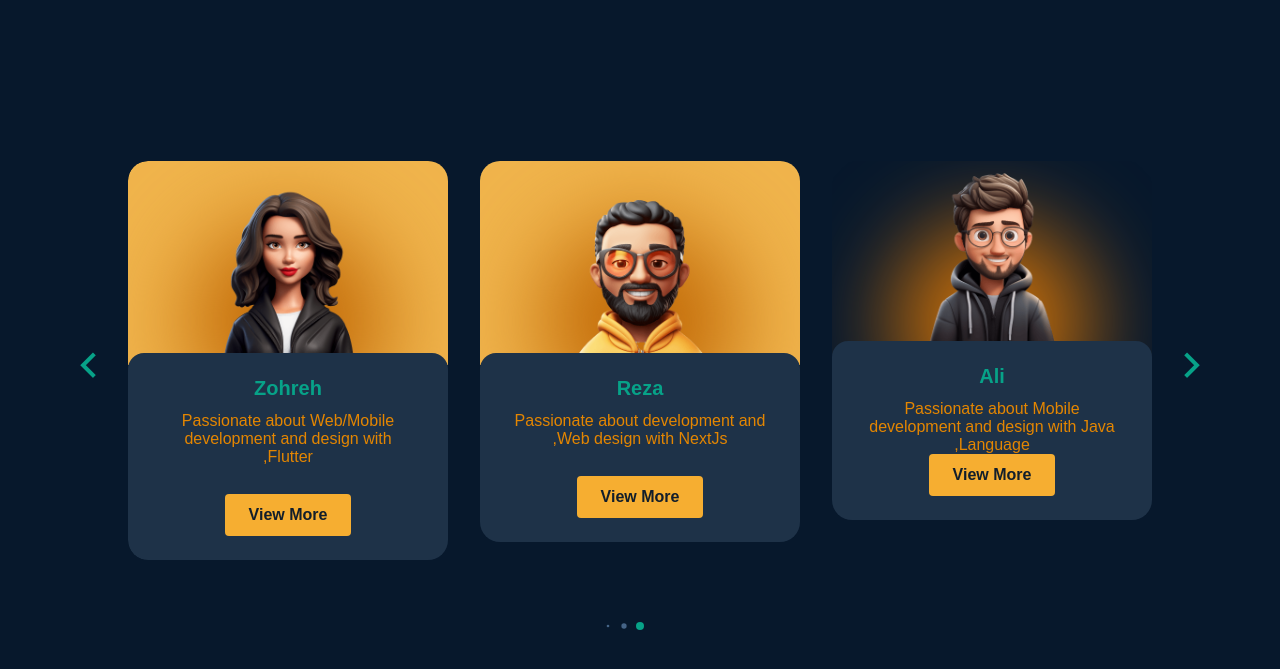
Repository: soroush-g/Card-Slider
Page: index.html
An editor plug-in stored every save of this project. The page is shown before and after a run of saves, followed by the edit.
The browser window is 1280 px wide. The pictures show the whole page.
Some web fonts or font styles are not loaded; a fallback is used.

Above is the page before, as saved 2024-07-22 11:27:49.

### index.html
<!DOCTYPE html>
<html dir="rtl" lang="fa">
<head>
    <meta charset="UTF-8">
    <meta name="viewport" content="width=device-width, initial-scale=1.0">

        <!--=============== REMIXICONS ===============-->
        <link rel="stylesheet" href="https://cdnjs.cloudflare.com/ajax/libs/remixicon/3.5.0/remixicon.css" crossorigin="">

        <!--=============== SWIPER CSS ===============-->
        <link rel="stylesheet" href="assets/css/swiper-bundle.min.css">

        <!--=============== CSS ===============-->
        <link rel="stylesheet" href="assets/css/styles.css">
    <title>Card Slider</title>
</head>
<body>
    <section class="container">
        <div class="card__container swiper">
            <div class="card__content">
                <div class="swiper-wrapper">

                    <article class="card__article swiper-slide">
                        <div class="card_image">
                          <img src="assets/img/avatar-1.png" alt="image" class="card__img">
                          <div class="card__shadow"></div>
                        </div>

                        <div class="card__data">
                            <h3 class="card__name">Ali</h3>
                            <p class="card_description">
                                Passionate about Mobile development and design with Java Language,
                            </p>

                            <a href="#" class="card__button">View More</a>
                        </div>
                    </article>

                    <article class="card__article swiper-slide">
                        <div class="card__image">
                            <img src="assets/img/avatar-2.png" alt="image" class="card__img">
                            <div class="card__shadow"></div>
                        </div>
                        <div class="card__data">
                            <h3 class="card__name">Reza</h3>
                            <p class="card__description">
                               Passionate about development and Web design with NextJs,
                            </p>

                            <a href="#" class="card__button">View More</a>
                         </div>
                    </article>

                    <article class="card__article swiper-slide">
                        <div class="card__image">
                            <img src="assets/img/avatar-3.png" alt="image" class="card__img">
                            <div class="card__shadow"></div>
                        </div>
                        <div class="card__data">
                            <h3 class="card__name">Zohreh</h3>
                            <p class="card__description">
                               Passionate about  Web/Mobile development and design with Flutter,
                            </p>

                            <a href="#" class="card__button">View More</a>
                         </div>
                    </article>

                    <article class="card__article swiper-slide">
                        <div class="card__image">
                            <img src="assets/img/avatar-4.png" alt="image" class="card__img">
                            <div class="card__shadow"></div>
                        </div>
                        <div class="card__data">
                            <h3 class="card__name">Nastaran</h3>
                            <p class="card__description">
                               Passionate about Python Developer,
                            </p>

                            <a href="#" class="card__button">View More</a>
                         </div>
                    </article>

                    <article class="card__article swiper-slide">
                        <div class="card__image">
                            <img src="assets/img/avatar-5.png" alt="image" class="card__img">
                            <div class="card__shadow"></div>
                        </div>
                        <div class="card__data">
                            <h3 class="card__name">Mina</h3>
                            <p class="card__description">
                               Passionate about Scrum Master,
                            </p>

                            <a href="#" class="card__button">View More</a>
                         </div>
                    </article>
                </div>
            </div>

            <!-- Navigation buttons -->
             <div class="swiper-button-next">
                <i class="ri-arrow-right-s-line"></i>
             </div>

             <div class="swiper-button-prev">
                <i class="ri-arrow-left-s-line"></i>
             </div>

            <!-- Pagination -->
            <div class="swiper-pagination"></div>
        </div>
    </section>


      <!--=============== SWIPER JS ===============-->
      <script src="assets/js/swiper-bundle.min.js"></script>

      <!--=============== MAIN JS ===============-->
      <script src="assets/js/main.js"></script>
</body>
</html>

### assets/css/styles.css
/*=============== GOOGLE FONTS ===============*/
@import url("https://fonts.googleapis.com/css2?family=Bai+Jamjuree:wght@400;500;600&display=swap");

/*=============== VARIABLES CSS ===============*/
:root {
  /*========== Colors ==========*/
  /*Color mode HSL(hue, saturation, lightness)*/
  --first-color: hsl(38, 92%, 58%);
  --first-color-light: hsl(38, 85%, 62%);
  --first-color-alt: hsl(32, 91%, 40%);
  --second-color: hsl(170, 92%, 33%);
  --dark-color: hsl(212, 40%, 12%);
  --white-color: hsl(35, 99%, 45%);
  --body-color: hsl(212, 73%, 10%);
  --container-color: hsl(212, 42%, 20%);

  /*========== Font and typography ==========*/
  /*.5rem = 8px | 1rem = 16px ...*/
  --body-font: "Bai Jamjuree", sans-serif;
  --h2-font-size: 1.25rem;
  --normal-font-size: 1rem;
}

/*=============== BASE ===============*/
* {
  box-sizing: border-box;
  padding: 0;
  margin: 0;
}

body {
  font-family: var(--body-font);
  font-size: var(--normal-font-size);
  background-color: var(--body-color);
  color: var(--white-color);
}

a {
  text-decoration: none;
}

img {
  display: block;
  max-width: 100%;
  height: auto;
}

/*=============== CARD ===============*/
.container {
  display: flex;
  justify-content: center;
  align-items: center;
  height: 100vh;
}

.card__container {
  padding-block: 5rem;
}

.card__content {
  margin-inline: 1.75rem;
  border-radius: 1.25rem;
  overflow: hidden;
}

.card__article {
  width: 300px; /* Remove after adding swiper js */
  border-radius: 1.25rem;
  overflow: hidden;
}

.card__image {
  position: relative;
  background-color: var(--first-color-light);
  padding-top: 1.5rem;
  margin-bottom: -.75rem;
}

.card__data {
  background-color: var(--container-color);
  padding: 1.5rem 2rem;
  border-radius: 1rem;
  text-align: center;
  position: relative;
  z-index: 10;
}

.card__img {
  width: 180px;
  margin: 0 auto;
  position: relative;
  z-index: 5;
}

.card__shadow {
  width: 200px;
  height: 200px;
  background-color: var(--first-color-alt);
  border-radius: 50%;
  position: absolute;
  top: 3.75rem;
  left: 0;
  right: 0;
  margin-inline: auto;
  filter: blur(45px);
}

.card__name {
  font-size: var(--h2-font-size);
  color: var(--second-color);
  margin-bottom: .75rem;
}

.card__description {
  font-weight: 500;
  margin-bottom: 1.75rem;
}

.card__button {
  display: inline-block;
  background-color: var(--first-color);
  padding: .75rem 1.5rem;
  border-radius: .25rem;
  color: var(--dark-color);
  font-weight: 600;
}

/* Swiper class */
.swiper-button-prev:after,
.swiper-button-next:after {
  content: "";
}

.swiper-button-prev,
.swiper-button-next {
  width: initial;
  height: initial;
  font-size: 3rem;
  color: var(--second-color);
  display: none;
}

.swiper-button-prev {
  left: 0;
}

.swiper-button-next {
  right: 0;
}

.swiper-pagination-bullet {
  background-color: hsl(212, 32%, 40%);
  opacity: 1;
}

.swiper-pagination-bullet-active {
  background-color: var(--second-color);
}

/*=============== BREAKPOINTS ===============*/
/* For small devices */
@media screen and (max-width: 320px) {
  .card__data {
    padding: 1rem;
  }
}

/* For medium devices */
@media screen and (min-width: 768px) {
  .card__content {
    margin-inline: 3rem;
  }

  .swiper-button-next,
  .swiper-button-prev {
    display: block;
  }
}

/* For large devices */
@media screen and (min-width: 1120px) {
  .card__container {
    max-width: 1120px;
  }

  .swiper-button-prev {
    left: -1rem;
  }
  .swiper-button-next {
    right: -1rem;
  }
}

Loaded but not shown: assets/css/swiper-bundle.min.css (library); assets/js/swiper-bundle.min.js (library); assets/js/main.js (common file)

After the next 2 saves:
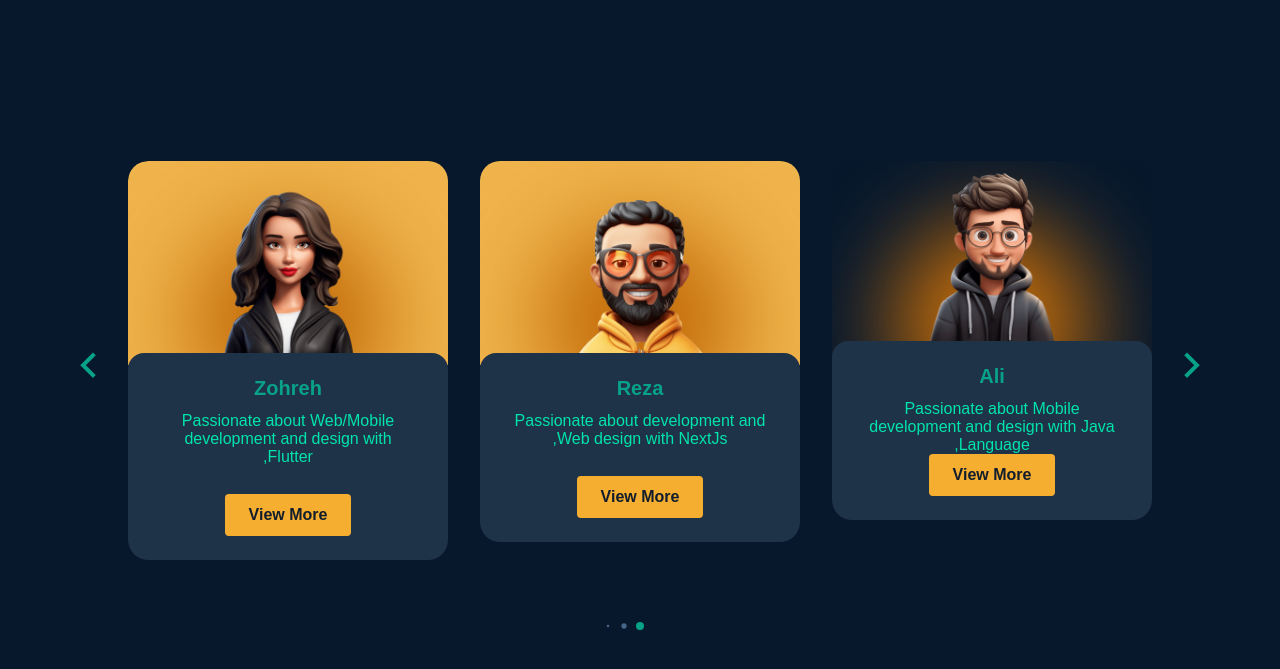
The 2 saves are shown as one change because they came seconds apart.
The last was saved 10 s later.
--- a/assets/css/styles.css
+++ b/assets/css/styles.css
@@ -10,7 +10,7 @@
   --first-color-alt: hsl(32, 91%, 40%);
   --second-color: hsl(170, 92%, 33%);
   --dark-color: hsl(212, 40%, 12%);
-  --white-color: hsl(35, 99%, 45%);
+  --white-color: hsl(165, 99%, 45%);
   --body-color: hsl(212, 73%, 10%);
   --container-color: hsl(212, 42%, 20%);
 
